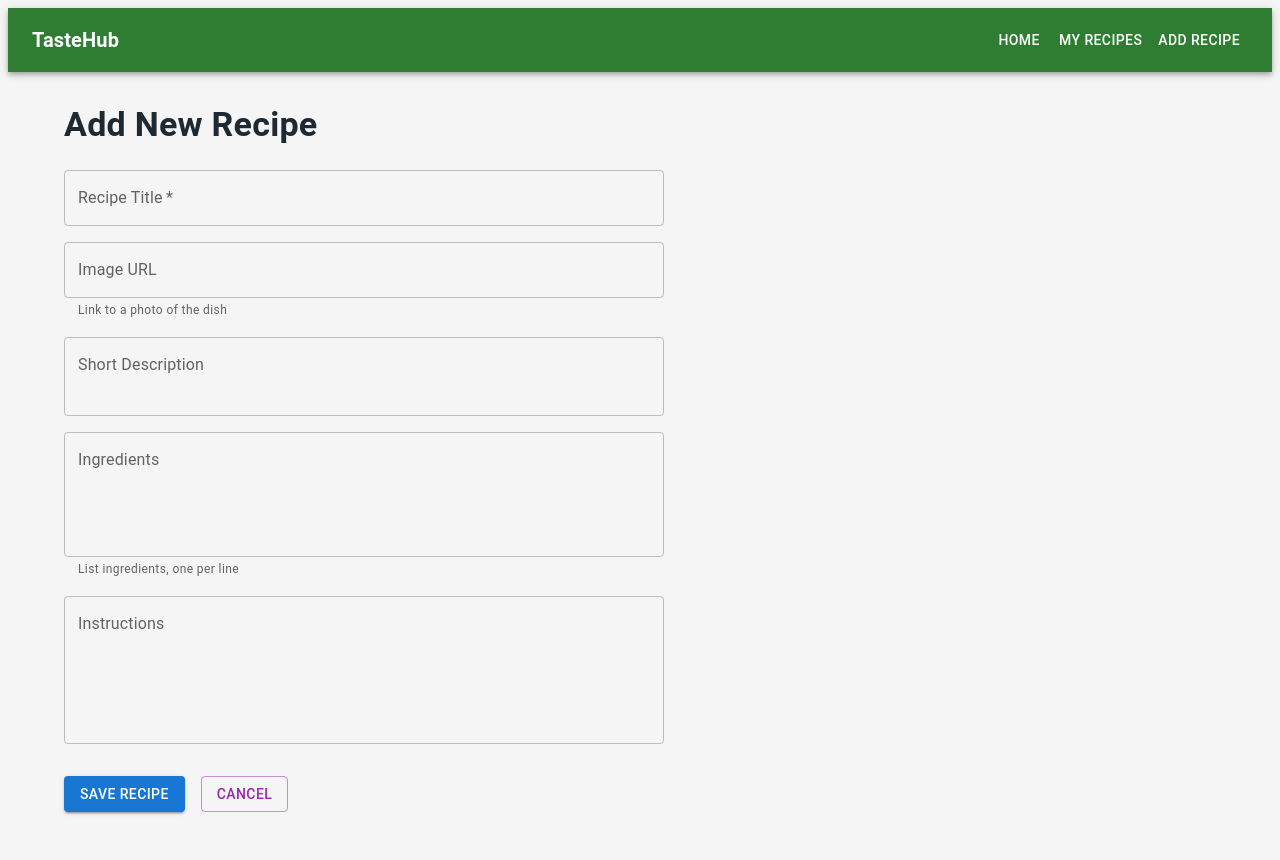
Repository: PabloVega7/TasteHub-Milestone03
Page: /add-recipe
The author's editor kept a copy of each file at every save. The page is drawn from the files as they stood at one save, then again after the next save.
The browser window is 1280 px wide. The pictures show the whole page.
The project was rebuilt for these pictures with package versions that can differ from the ones it lists, and the page was loaded fresh each time. Also part of the build but not shown: vite.config.js, src/components/RecipeCard.jsx, src/pages/Home.jsx, src/pages/RecipeDetails.jsx, src/pages/MyRecipes.jsx, src/pages/EditRecipe.jsx.

Above is the page before, as saved 2025-11-29 14:06:45.

After the next save:
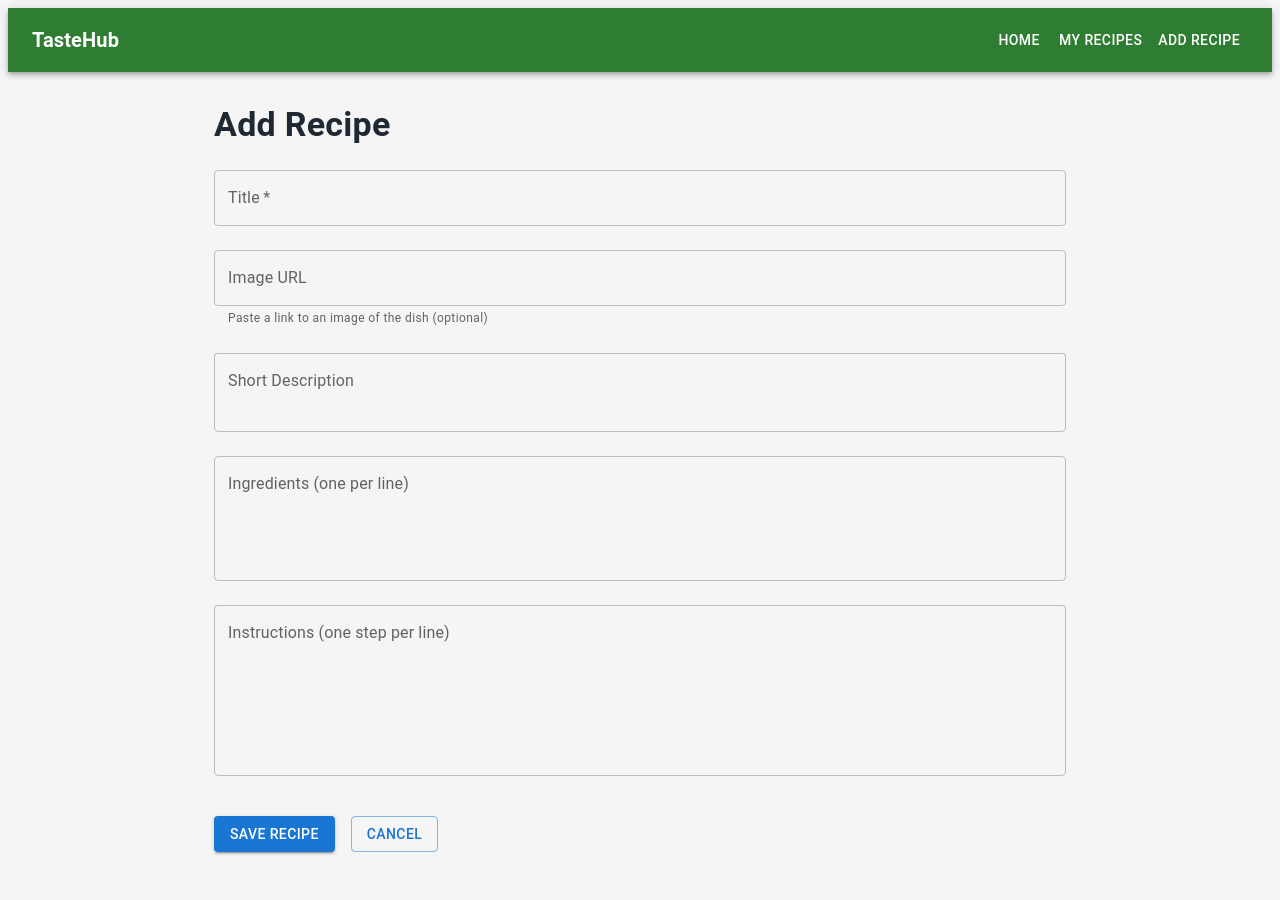
Saved 4 min 52 s later.
--- a/src/pages/AddRecipe.jsx
+++ b/src/pages/AddRecipe.jsx
@@ -1,60 +1,107 @@
-import { Container, TextField, Typography, Button, Box } from "@mui/material";
+// src/pages/AddRecipe.jsx
+import { useState } from "react";
+import {
+  Container,
+  Typography,
+  TextField,
+  Button,
+  Box,
+  Stack,
+} from "@mui/material";
+import { useNavigate } from "react-router-dom";
+import { useRecipes } from "../context/RecipesContext";
 
 export default function AddRecipe() {
+  const { addRecipe } = useRecipes();
+  const navigate = useNavigate();
+
+  const [title, setTitle] = useState("");
+  const [image, setImage] = useState("");
+  const [shortDescription, setShortDescription] = useState("");
+  const [ingredientsText, setIngredientsText] = useState("");
+  const [instructionsText, setInstructionsText] = useState("");
+
+  const handleSubmit = (e) => {
+    e.preventDefault();
+
+    if (!title.trim()) {
+      alert("Please enter a recipe title.");
+      return;
+    }
+
+    const newId = addRecipe({
+      title: title.trim(),
+      image: image.trim(),
+      shortDescription: shortDescription.trim(),
+      // store as raw text; details page knows how to split it into lists
+      ingredients: ingredientsText,
+      instructions: instructionsText,
+    });
+
+    navigate(`/recipe/${newId}`);
+  };
+
   return (
-    <Container sx={{ mt: 4, mb: 6 }}>
+    <Container maxWidth="md" sx={{ mt: 4, mb: 6 }}>
       <Typography variant="h4" fontWeight={700} mb={3}>
-        Add New Recipe
+        Add Recipe
       </Typography>
 
       <Box
         component="form"
-        noValidate
-        autoComplete="off"
-        sx={{
-          display: "flex",
-          flexDirection: "column",
-          gap: 2,
-          maxWidth: 600,
-        }}>
-        <TextField label="Recipe Title" variant="outlined" required />
+        onSubmit={handleSubmit}
+        sx={{ display: "flex", flexDirection: "column", gap: 3 }}>
+        <TextField
+          label="Title"
+          fullWidth
+          value={title}
+          onChange={(e) => setTitle(e.target.value)}
+          required
+        />
 
         <TextField
           label="Image URL"
-          variant="outlined"
-          helperText="Link to a photo of the dish"
+          fullWidth
+          value={image}
+          onChange={(e) => setImage(e.target.value)}
+          helperText="Paste a link to an image of the dish (optional)"
         />
 
         <TextField
           label="Short Description"
-          variant="outlined"
+          fullWidth
           multiline
           minRows={2}
+          value={shortDescription}
+          onChange={(e) => setShortDescription(e.target.value)}
         />
 
         <TextField
-          label="Ingredients"
-          variant="outlined"
+          label="Ingredients (one per line)"
+          fullWidth
           multiline
           minRows={4}
-          helperText="List ingredients, one per line"
+          value={ingredientsText}
+          onChange={(e) => setIngredientsText(e.target.value)}
         />
 
         <TextField
-          label="Instructions"
-          variant="outlined"
+          label="Instructions (one step per line)"
+          fullWidth
           multiline
-          minRows={5}
+          minRows={6}
+          value={instructionsText}
+          onChange={(e) => setInstructionsText(e.target.value)}
         />
 
-        <Box sx={{ display: "flex", gap: 2, mt: 2 }}>
-          <Button variant="contained" color="primary">
+        <Stack direction="row" spacing={2} sx={{ mt: 2 }}>
+          <Button type="submit" variant="contained">
             Save Recipe
           </Button>
-          <Button variant="outlined" color="secondary">
+          <Button variant="outlined" onClick={() => navigate(-1)}>
             Cancel
           </Button>
-        </Box>
+        </Stack>
       </Box>
     </Container>
   );
